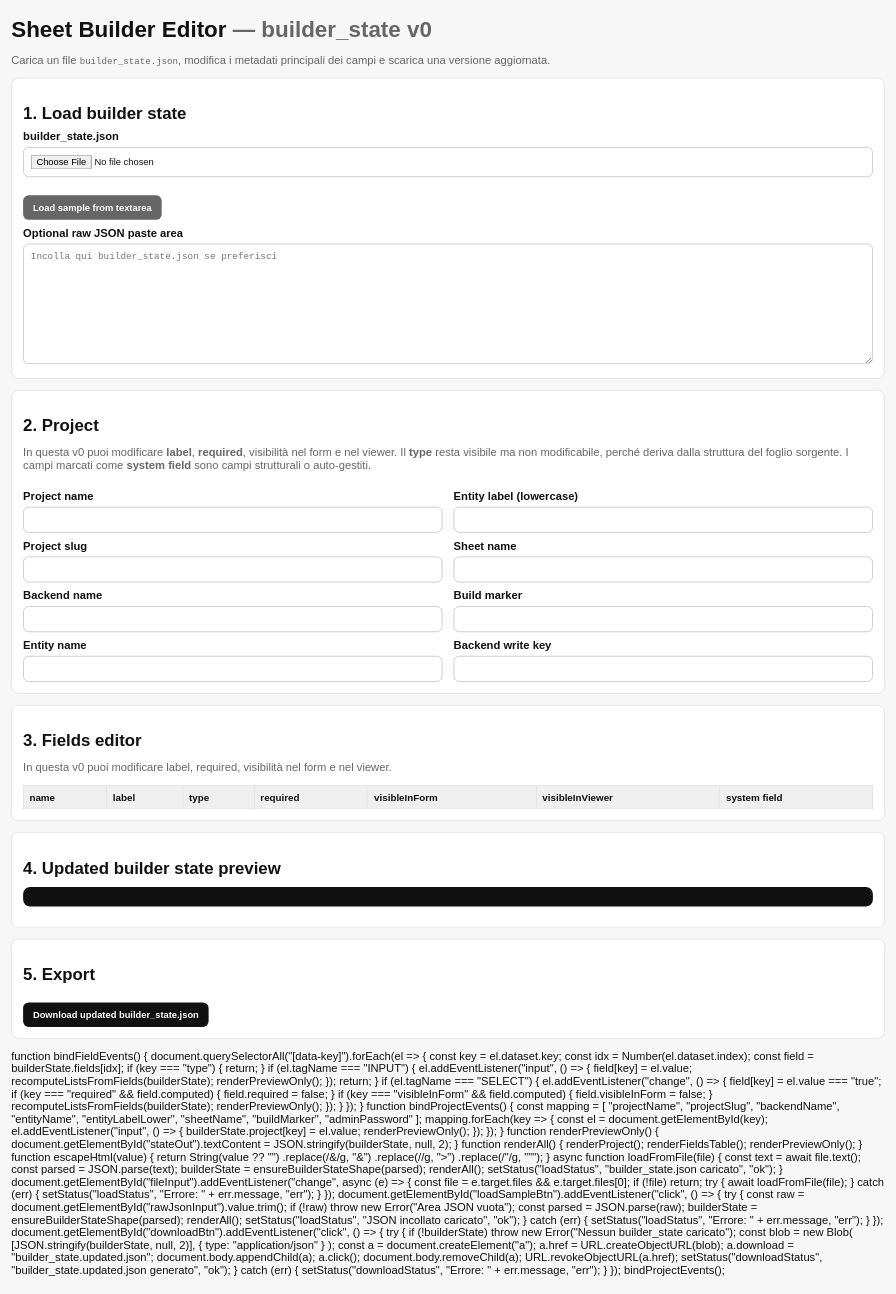
Repository: progettazionemauro/sheets.builder
Page: docs/builder.html
The author's editor kept a copy of each file at every save. The page is drawn from the files as they stood at one save, then again after a run of saves.
The browser window is 1280 px wide. The pictures show the whole page, at 70% of full size.

Above is the page before, as saved 2026-04-13 19:49:41.
Console error: SyntaxError: Unexpected token '<'

### docs/builder.html
<!doctype html>
<html lang="it">
<head>
  <meta charset="utf-8" />
  <meta name="viewport" content="width=device-width, initial-scale=1" />
  <title>Sheet Builder Editor</title>
  <style>
    body {
      font-family: Arial, sans-serif;
      max-width: 1280px;
      margin: 24px auto;
      padding: 0 16px;
      background: #f7f7f7;
      color: #111;
    }

    h1, h2, h3 {
      margin-bottom: 8px;
    }

    .muted {
      color: #666;
    }

    .card {
      background: #fff;
      border: 1px solid #ddd;
      border-radius: 10px;
      padding: 16px;
      margin: 16px 0;
    }

    label {
      display: block;
      margin: 10px 0 6px;
      font-weight: bold;
    }

    input, textarea, select {
      width: 100%;
      box-sizing: border-box;
      padding: 10px;
      border: 1px solid #bbb;
      border-radius: 8px;
      background: #fff;
    }

    button {
      margin-top: 14px;
      padding: 10px 14px;
      border: 0;
      border-radius: 8px;
      background: #111;
      color: #fff;
      font-weight: bold;
      cursor: pointer;
    }

    button.secondary {
      background: #666;
    }

    button:disabled {
      opacity: .6;
      cursor: not-allowed;
    }

    .grid {
      display: grid;
      grid-template-columns: 1fr 1fr;
      gap: 16px;
    }

    .actions {
      display: flex;
      gap: 10px;
      flex-wrap: wrap;
      margin-top: 12px;
      align-items: center;
    }

    pre {
      background: #111;
      color: #d8ffd8;
      padding: 14px;
      border-radius: 10px;
      overflow: auto;
      white-space: pre-wrap;
    }

    table {
      width: 100%;
      border-collapse: collapse;
      margin-top: 10px;
      background: #fff;
    }

    th, td {
      border: 1px solid #ddd;
      padding: 8px;
      font-size: 14px;
      text-align: left;
      vertical-align: top;
    }

    th {
      background: #efefef;
    }

    .readonly-cell {
      background: #f3f3f3;
      color: #666;
    }

    .tiny {
      font-size: 12px;
      color: #666;
      line-height: 1.4;
    }

    .ok {
      color: #0a6;
      font-weight: bold;
    }

    .err {
      color: #b00;
      font-weight: bold;
    }
  </style>
</head>
<body>

  <h1>Sheet Builder Editor <span class="muted">— builder_state v0</span></h1>
  <p class="muted">
    Carica un file <code>builder_state.json</code>, modifica i metadati principali dei campi e scarica una versione aggiornata.
  </p>

  <div class="card">
    <h2>1. Load builder state</h2>

    <label for="fileInput">builder_state.json</label>
    <input id="fileInput" type="file" accept=".json,application/json" />

    <div class="actions">
      <button id="loadSampleBtn" type="button" class="secondary">Load sample from textarea</button>
      <span id="loadStatus" class="muted"></span>
    </div>

    <label for="rawJsonInput">Optional raw JSON paste area</label>
    <textarea id="rawJsonInput" rows="10" placeholder='Incolla qui builder_state.json se preferisci'></textarea>
  </div>

    <div class="card">
    <h2>2. Project</h2>
        <p class="muted">
      In questa v0 puoi modificare <b>label</b>, <b>required</b>, visibilità nel form e nel viewer.
      Il <b>type</b> resta visibile ma non modificabile, perché deriva dalla struttura del foglio sorgente.
      I campi marcati come <b>system field</b> sono campi strutturali o auto-gestiti.
    </p>

    <div class="grid">
      <div>
        <label for="projectName">Project name</label>
        <input id="projectName" />

        <label for="projectSlug">Project slug</label>
        <input id="projectSlug" />

        <label for="backendName">Backend name</label>
        <input id="backendName" />

        <label for="entityName">Entity name</label>
        <input id="entityName" />
      </div>

      <div>
        <label for="entityLabelLower">Entity label (lowercase)</label>
        <input id="entityLabelLower" />

        <label for="sheetName">Sheet name</label>
        <input id="sheetName" />

        <label for="buildMarker">Build marker</label>
        <input id="buildMarker" />

        <label for="adminPassword">Backend write key</label>
        <input id="adminPassword" />
      </div>
    </div>
  </div>

  <div class="card">
    <h2>3. Fields editor</h2>
    <p class="muted">
      In questa v0 puoi modificare label, required, visibilità nel form e nel viewer.
    </p>

        <table id="fieldsTable">
      <thead>
        <tr>
          <th>name</th>
          <th>label</th>
          <th>type</th>
          <th>required</th>
          <th>visibleInForm</th>
          <th>visibleInViewer</th>
          <th>system field</th>
        </tr>
      </thead>
      <tbody></tbody>
    </table>
  </div>

  <div class="card">
    <h2>4. Updated builder state preview</h2>
    <pre id="stateOut"></pre>
  </div>

  <div class="card">
    <h2>5. Export</h2>
    <div class="actions">
      <button id="downloadBtn" type="button">Download updated builder_state.json</button>
      <span id="downloadStatus" class="muted"></span>
    </div>
  </div>

<script>
  let builderState = null;

  function setStatus(id, msg, cls = "muted") {
    const el = document.getElementById(id);
    el.textContent = msg;
    el.className = cls;
  }

  function deepClone(obj) {
    return JSON.parse(JSON.stringify(obj));
  }

  function normalizeBool(value) {
    return value === true;
  }

  function ensureBuilderStateShape(state) {
    if (!state || typeof state !== "object") {
      throw new Error("JSON non valido: root non oggetto");
    }

    if (!state.project || typeof state.project !== "object") {
      state.project = {};
    }

    if (!Array.isArray(state.fields)) {
      state.fields = [];
    }

    if (!state.constraints || typeof state.constraints !== "object") {
      state.constraints = {};
    }

    if (!state.enums || typeof state.enums !== "object") {
      state.enums = {};
    }

    if (!state.enumStyles || typeof state.enumStyles !== "object") {
      state.enumStyles = {};
    }

    if (!state.lists || typeof state.lists !== "object") {
      state.lists = {};
    }

    if (!state.options || typeof state.options !== "object") {
      state.options = {};
    }

    state.fields = state.fields.map(field => {
      const f = { ...field };
      f.name = String(f.name || "").trim();
      f.label = String(f.label || f.name || "").trim();
      f.type = String(f.type || "string").trim();
      f.required = normalizeBool(f.required);
      f.computed = normalizeBool(f.computed);
      f.visibleInForm = normalizeBool(f.visibleInForm);
      f.visibleInViewer = normalizeBool(f.visibleInViewer);
      f.locked = normalizeBool(f.locked);
      if (!Array.isArray(f.enumValues)) f.enumValues = [];
      return f;
    });

    recomputeListsFromFields(state);
    return state;
  }

  function recomputeListsFromFields(state) {
    const headers = [];
    const requiredOnInsert = [];
    const optionalOnInsert = [];
    const computed = [];
    const visibleInForm = [];
    const visibleInViewer = [];
    const enums = {};
    const enumStyles = state.enumStyles || {};

    for (const field of state.fields) {
      headers.push(field.name);

      if (field.computed) {
        computed.push(field.name);
      } else if (field.required) {
        requiredOnInsert.push(field.name);
      } else {
        optionalOnInsert.push(field.name);
      }

      if (field.visibleInForm) {
        visibleInForm.push(field.name);
      }

      if (field.visibleInViewer) {
        visibleInViewer.push(field.name);
      }

      if (field.type === "enum" && Array.isArray(field.enumValues) && field.enumValues.length) {
        enums[field.name] = field.enumValues.slice();
      }

      if (field.type === "enum" && enumStyles[field.name] && !field.enumStyles) {
        field.enumStyles = enumStyles[field.name];
      }
    }

    state.enums = enums;
    state.lists = {
      headers,
      requiredOnInsert,
      optionalOnInsert,
      computed,
      visibleInForm,
      visibleInViewer
    };
  }

  function renderProject() {
    const p = builderState.project || {};
    document.getElementById("projectName").value = p.projectName || "";
    document.getElementById("projectSlug").value = p.projectSlug || "";
    document.getElementById("backendName").value = p.backendName || "";
    document.getElementById("entityName").value = p.entityName || "";
    document.getElementById("entityLabelLower").value = p.entityLabelLower || "";
    document.getElementById("sheetName").value = p.sheetName || "";
    document.getElementById("buildMarker").value = p.buildMarker || "";
    document.getElementById("adminPassword").value = p.adminPassword || "";
  }

  <script>
  function renderFieldsTable() {
    const tbody = document.querySelector("#fieldsTable tbody");
    tbody.innerHTML = "";

    builderState.fields.forEach((field, idx) => {
      const tr = document.createElement("tr");

      tr.innerHTML = `
        <td class="${field.locked ? "readonly-cell" : ""}">
          <input data-key="name" data-index="${idx}" value="${escapeHtml(field.name)}" ${field.locked ? "readonly" : ""} />
        </td>
        <td>
          <input data-key="label" data-index="${idx}" value="${escapeHtml(field.label || "")}" />
        </td>
        <td class="readonly-cell">
          <input data-key="type" data-index="${idx}" value="${escapeHtml(field.type)}" readonly />
        </td>
        <td>
          <select data-key="required" data-index="${idx}" ${field.computed ? "disabled" : ""}>
            <option value="false" ${field.required ? "" : "selected"}>NO</option>
            <option value="true" ${field.required ? "selected" : ""}>YES</option>
          </select>
        </td>
        <td>
          <select data-key="visibleInForm" data-index="${idx}" ${field.computed ? "disabled" : ""}>
            <option value="false" ${field.visibleInForm ? "" : "selected"}>NO</option>
            <option value="true" ${field.visibleInForm ? "selected" : ""}>YES</option>
          </select>
        </td>
        <td>
          <select data-key="visibleInViewer" data-index="${idx}">
            <option value="false" ${field.visibleInViewer ? "" : "selected"}>NO</option>
            <option value="true" ${field.visibleInViewer ? "selected" : ""}>YES</option>
          </select>
        </td>
        <td class="readonly-cell">${field.locked ? "YES" : "NO"}</td>
      `;

      tbody.appendChild(tr);
    });

    bindFieldEvents();
  }
</script>

    function bindFieldEvents() {
    document.querySelectorAll("[data-key]").forEach(el => {
      const key = el.dataset.key;
      const idx = Number(el.dataset.index);
      const field = builderState.fields[idx];

      if (key === "type") {
        return;
      }

      if (el.tagName === "INPUT") {
        el.addEventListener("input", () => {
          field[key] = el.value;
          recomputeListsFromFields(builderState);
          renderPreviewOnly();
        });
        return;
      }

      if (el.tagName === "SELECT") {
        el.addEventListener("change", () => {
          field[key] = el.value === "true";

          if (key === "required" && field.computed) {
            field.required = false;
          }

          if (key === "visibleInForm" && field.computed) {
            field.visibleInForm = false;
          }

          recomputeListsFromFields(builderState);
          renderPreviewOnly();
        });
      }
    });
  }

  function bindProjectEvents() {
    const mapping = [
      "projectName",
      "projectSlug",
      "backendName",
      "entityName",
      "entityLabelLower",
      "sheetName",
      "buildMarker",
      "adminPassword"
    ];

    mapping.forEach(key => {
      const el = document.getElementById(key);
      el.addEventListener("input", () => {
        builderState.project[key] = el.value;
        renderPreviewOnly();
      });
    });
  }

  function renderPreviewOnly() {
    document.getElementById("stateOut").textContent =
      JSON.stringify(builderState, null, 2);
  }

  function renderAll() {
    renderProject();
    renderFieldsTable();
    renderPreviewOnly();
  }

  function escapeHtml(value) {
    return String(value ?? "")
      .replace(/&/g, "&amp;")
      .replace(/</g, "&lt;")
      .replace(/>/g, "&gt;")
      .replace(/"/g, "&quot;");
  }

  async function loadFromFile(file) {
    const text = await file.text();
    const parsed = JSON.parse(text);
    builderState = ensureBuilderStateShape(parsed);
    renderAll();
    setStatus("loadStatus", "builder_state.json caricato", "ok");
  }

  document.getElementById("fileInput").addEventListener("change", async (e) => {
    const file = e.target.files && e.target.files[0];
    if (!file) return;

    try {
      await loadFromFile(file);
    } catch (err) {
      setStatus("loadStatus", "Errore: " + err.message, "err");
    }
  });

  document.getElementById("loadSampleBtn").addEventListener("click", () => {
    try {
      const raw = document.getElementById("rawJsonInput").value.trim();
      if (!raw) throw new Error("Area JSON vuota");

      const parsed = JSON.parse(raw);
      builderState = ensureBuilderStateShape(parsed);
      renderAll();
      setStatus("loadStatus", "JSON incollato caricato", "ok");
    } catch (err) {
      setStatus("loadStatus", "Errore: " + err.message, "err");
    }
  });

  document.getElementById("downloadBtn").addEventListener("click", () => {
    try {
      if (!builderState) throw new Error("Nessun builder_state caricato");

      const blob = new Blob(
        [JSON.stringify(builderState, null, 2)],
        { type: "application/json" }
      );

      const a = document.createElement("a");
      a.href = URL.createObjectURL(blob);
      a.download = "builder_state.updated.json";
      document.body.appendChild(a);
      a.click();
      document.body.removeChild(a);
      URL.revokeObjectURL(a.href);

      setStatus("downloadStatus", "builder_state.updated.json generato", "ok");
    } catch (err) {
      setStatus("downloadStatus", "Errore: " + err.message, "err");
    }
  });

  bindProjectEvents();
</script>

</body>
</html>

After the next 2 saves:
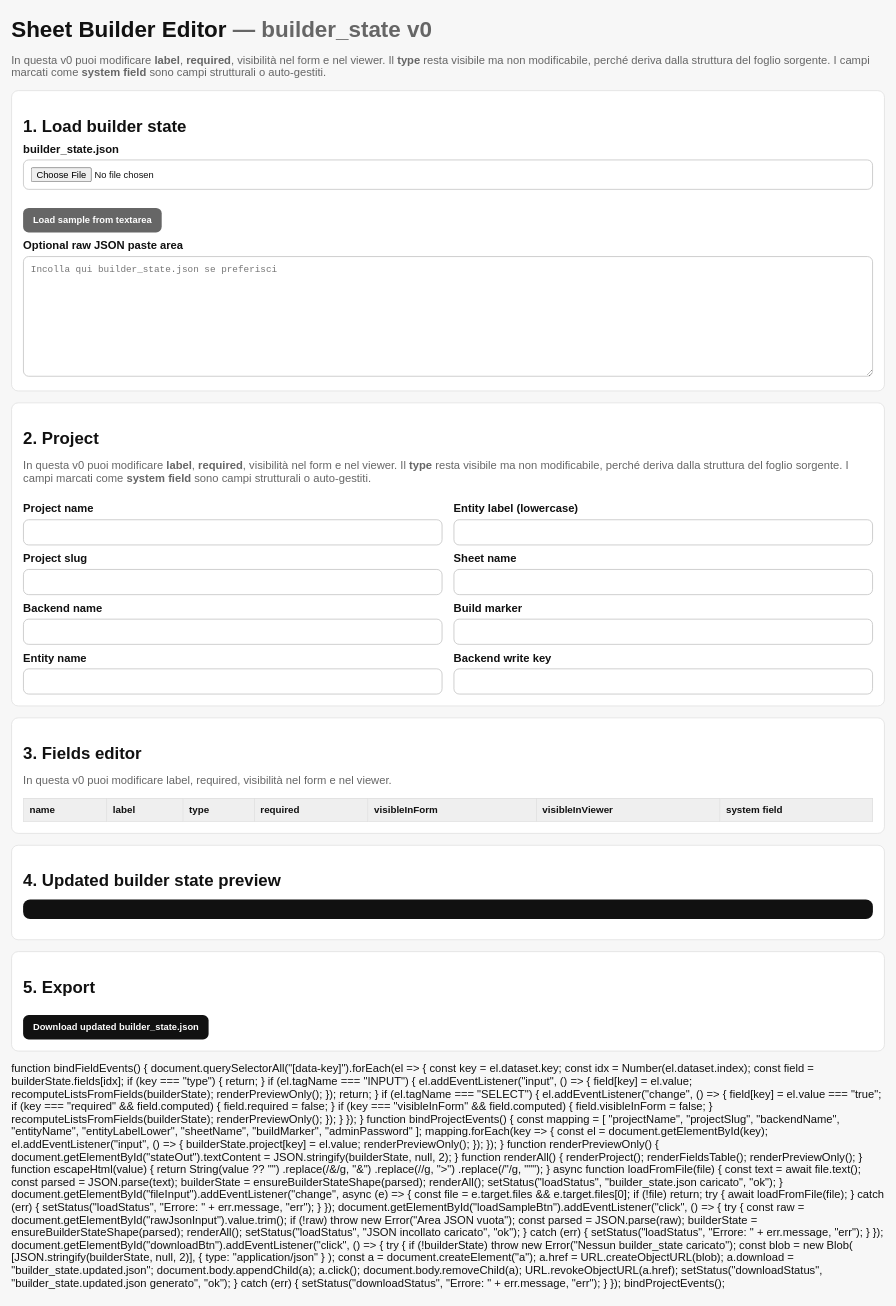
The 2 saves are shown as one change because they came seconds apart.
The last was saved 44 s later.
--- a/docs/builder.html
+++ b/docs/builder.html
@@ -133,8 +133,10 @@
 
   <h1>Sheet Builder Editor <span class="muted">— builder_state v0</span></h1>
   <p class="muted">
-    Carica un file <code>builder_state.json</code>, modifica i metadati principali dei campi e scarica una versione aggiornata.
-  </p>
+  In questa v0 puoi modificare <b>label</b>, <b>required</b>, visibilità nel form e nel viewer.
+  Il <b>type</b> resta visibile ma non modificabile, perché deriva dalla struttura del foglio sorgente.
+  I campi marcati come <b>system field</b> sono campi strutturali o auto-gestiti.
+</p>
 
   <div class="card">
     <h2>1. Load builder state</h2>
